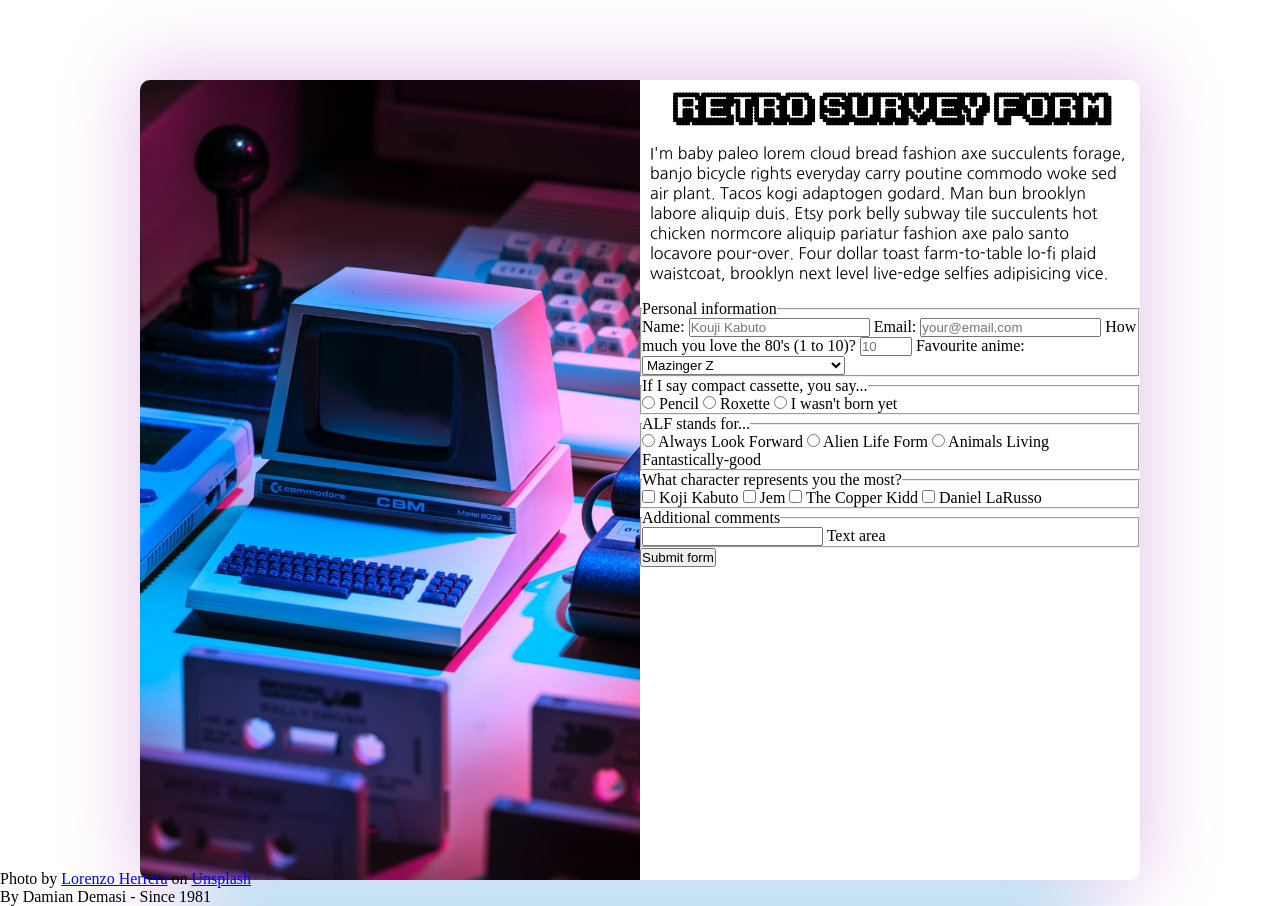
Repository: Colo-Codes/freecodecamp-02-Build-a-Survey-Form
Page: index.html
The author's editor kept a copy of each file at every save. The page is drawn from the files as they stood at one save, then again after the next save.
The browser window is 1280 px wide. The pictures show the whole page.

Above is the page before, as saved 2021-05-18 17:13:56.

After the next save:
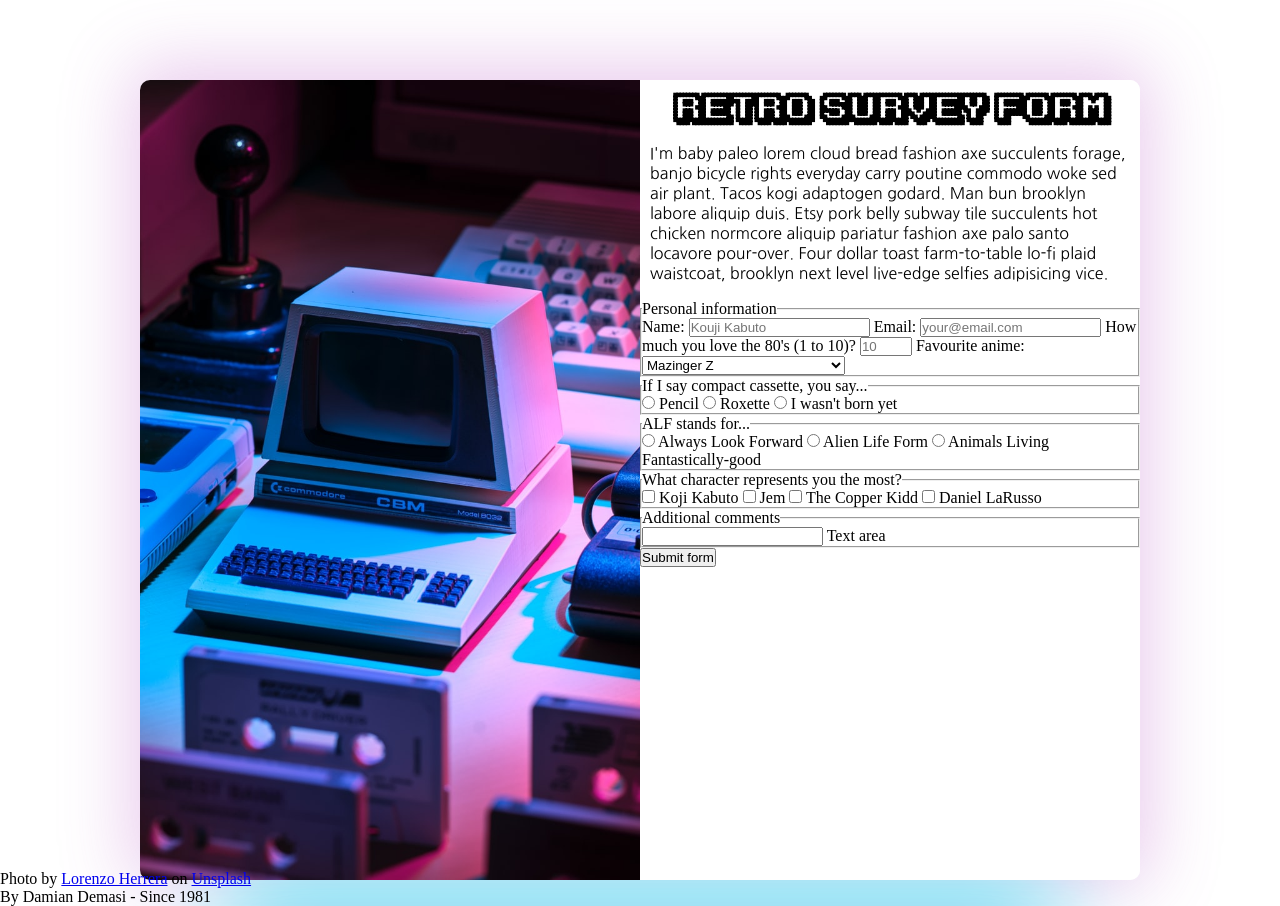
Saved 28 s later.
--- a/resources/css/index.css
+++ b/resources/css/index.css
@@ -63,6 +63,14 @@
     margin: -60px auto;
     border-color: transparent;
     color: transparent;
-    box-shadow: 0px 100px 80px 20px rgb(181, 83, 196), 0px 40px 80px 10px #0ff;
+    box-shadow: 0px 40px 80px 10px #0ff;
     width: 850px; /* TODO media query */
 }
+#glow-2 {
+    display: block;
+    margin: -60px auto;
+    border-color: transparent;
+    color: transparent;
+    box-shadow: 0px 100px 80px 20px rgb(181, 83, 196), 0px 40px 80px 10px #0ff;
+    width: 750px; /* TODO media query */
+}

After the save that followed:
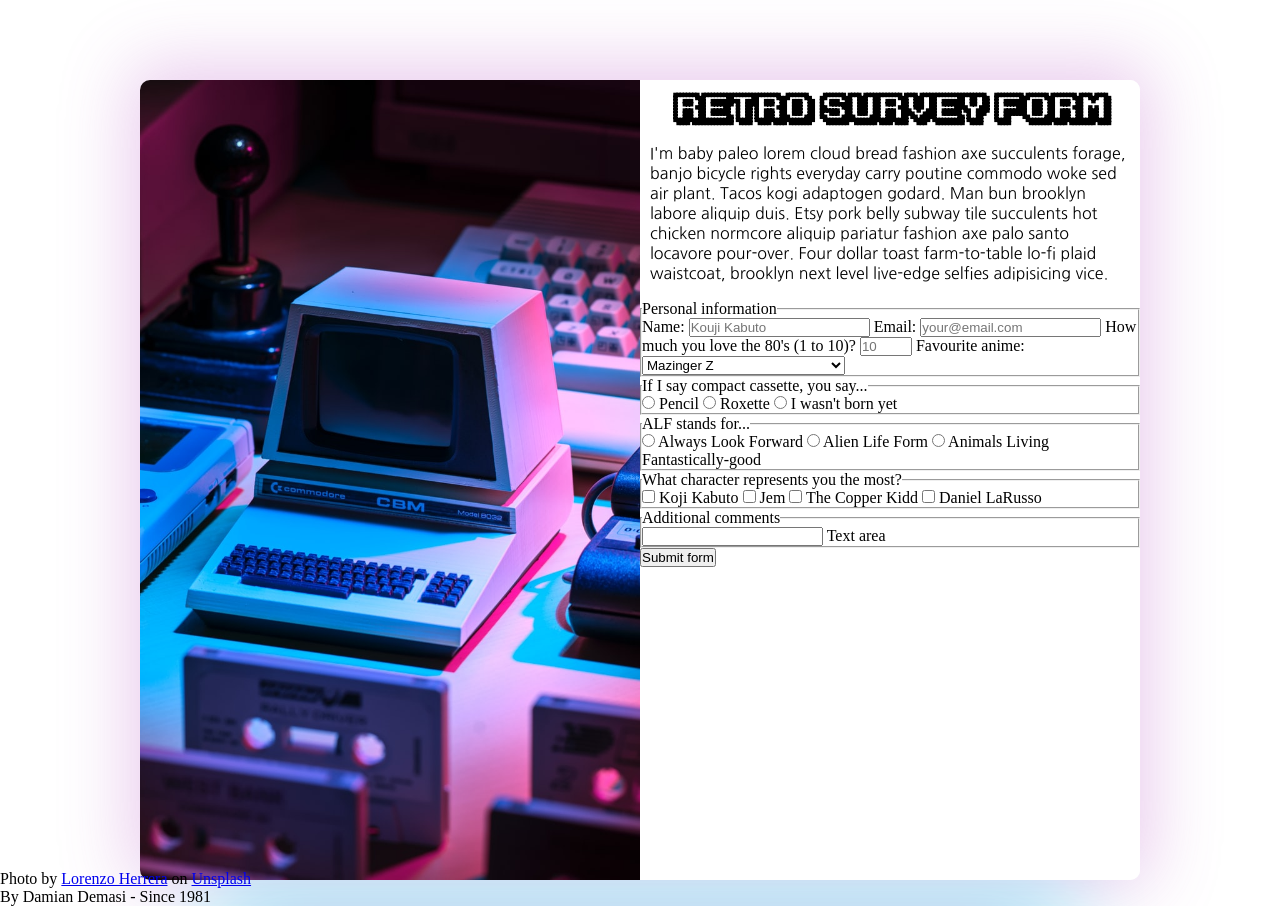
Saved 6 s later.
--- a/resources/css/index.css
+++ b/resources/css/index.css
@@ -71,6 +71,6 @@
     margin: -60px auto;
     border-color: transparent;
     color: transparent;
-    box-shadow: 0px 100px 80px 20px rgb(181, 83, 196), 0px 40px 80px 10px #0ff;
+    box-shadow: 0px 100px 80px 20px rgb(181, 83, 196);
     width: 750px; /* TODO media query */
 }
